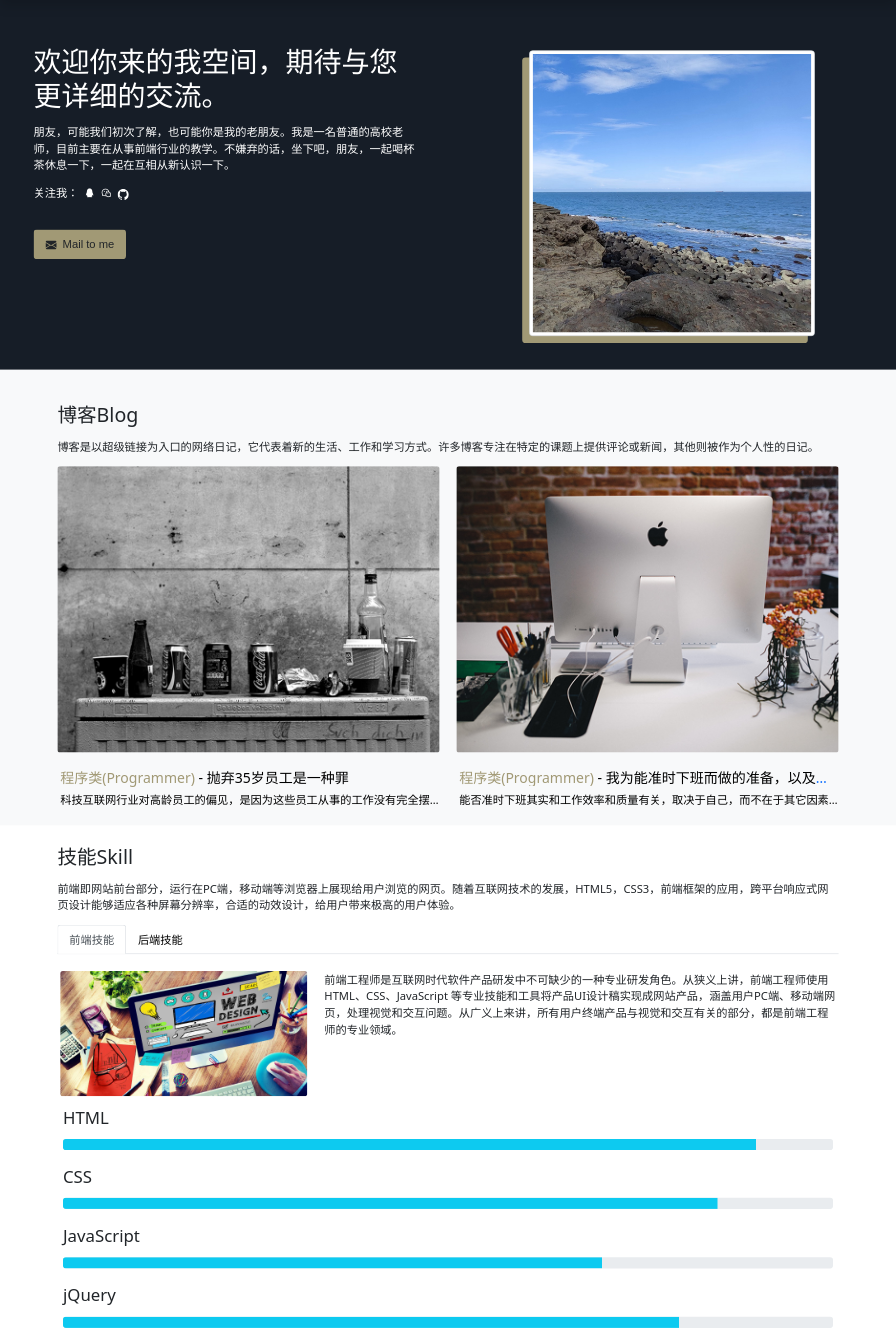
Repository: herjuandlonely/github.io
Page: index.html
The author's editor kept a copy of each file at every save. The page is drawn from the files as they stood at one save, then again after the next save.
The browser window is 1280 px wide. The pictures show the part of the page from y = 0 to 1920 px (the page is 3700 px tall before and 3676 px after), at 70% of full size.

Above is the page before, as saved 2022-06-29 14:46:57.

### index.html
<!DOCTYPE html>
<html lang="en">
<head>
    <meta charset="UTF-8">
    <meta http-equiv="X-UA-Compatible" content="IE=edge">
    <meta name="viewport" content="width=device-width, initial-scale=1.0">
    <link rel="stylesheet" href="./bootstrap-4.6.1-dist/css/bootstrap.min.css">
    <link rel="stylesheet" href="./CSS/index.css">
    <link rel="stylesheet" href="./CSS/normalize.css">
    <link rel="stylesheet" href="./icon/font_3484823_t6q6q64gri/iconfont.css">
    <script src="./bootstrap-4.6.1-dist/js/bootstrap.bundle.min.js"></script>
    <title>Herju的个人网站</title>
</head>
<body class=" bg-light"  data-bs-spy="scroll" data-bs-target=".navbar">
    <!-- nav start -->
    <div class="container-fluid px-0 shadow navbarControl">
        <nav class="navbar navbar-expand-md navbar-dark navbarBg">
            <div class="container-fluid px-4">
                <a class="navbar-brand ms-4" herf="#">
                    Herju's Home
                </a>
                <button class="navbar-toggler" data-bs-toggle="collapse" data-bs-target="#foldBtn">
                    <span class="navbar-toggler-icon"></span>
                </button>
                <div class="collapse navbar-collapse" id="foldBtn">
                    <ul class="navbar-nav ms-auto me-4 navbarCli">
                        <li class="nav-item text-center">
                            <a class="nav-link fw-lighter" href="#bk">博客 Blog</a>
                        </li>
                        <li class="nav-item text-center">
                            <a class="nav-link fw-lighter" href="#jn">技能 Skill</a>
                        </li>
                        <li class="nav-item text-center">
                            <a class="nav-link fw-lighter" href="#ab">关于 About</a>
                        </li>
                        <li class="nav-item text-center">
                            <a class="nav-link fw-lighter" href="#lx">联系我 Call</a>
                        </li>
                    </ul>
                </div>
            </div>
        </nav>
    </div>
    <!-- nav end -->

    <!-- banner start -->
    <div class="container-fluid navbarBg">
        <div class="row">
            <div class="col-12 col-md-6 text-white p-5 pb-0 pb-md-5">
                <h1 style="font-size: 2.5rem;" class="my-3">欢迎你来的我空间，期待与您更详细的交流。</h1>
                <p class=" fw-lighter">朋友，可能我们初次了解，也可能你是我的老朋友。我是一名普通的高校老师，目前主要在从事前端行业的教学。不嫌弃的话，坐下吧，朋友，一起喝杯茶休息一下，一起在互相从新认识一下。</p>
                <ul class=" list list-unstyled d-flex align-items-center">
                    <li class="me-2">关注我：</li>
                    <li class="me-2 position-relative fs-6 banner-icon-qq">
                        <a href="#" class="text-white text-decoration-none">
                            <i class="iconfont icon-QQ"></i>
                        </a>
                        <img src="./image/QQ3.png" class="img-QQ">
                    </li>
                    <li class="me-2 position-relative fs-6 banner-icon-wx">
                        <a href="#" class="text-white text-decoration-none ">
                            <i class="iconfont icon-weixin"></i>
                        </a>
                        <img src="./image/wx2.png" class="img-WX">
                    </li>
                    <li class=" fs-6">
                        <a href="https://github.com/herjuandlonely" class="text-white text-decoration-none" target="_blank">
                            <svg xmlns="http://www.w3.org/2000/svg" width="16" height="16" fill="currentColor" class="bi bi-github" viewBox="0 0 16 16">
                                <path d="M8 0C3.58 0 0 3.58 0 8c0 3.54 2.29 6.53 5.47 7.59.4.07.55-.17.55-.38 0-.19-.01-.82-.01-1.49-2.01.37-2.53-.49-2.69-.94-.09-.23-.48-.94-.82-1.13-.28-.15-.68-.52-.01-.53.63-.01 1.08.58 1.23.82.72 1.21 1.87.87 2.33.66.07-.52.28-.87.51-1.07-1.78-.2-3.64-.89-3.64-3.95 0-.87.31-1.59.82-2.15-.08-.2-.36-1.02.08-2.12 0 0 .67-.21 2.2.82.64-.18 1.32-.27 2-.27.68 0 1.36.09 2 .27 1.53-1.04 2.2-.82 2.2-.82.44 1.1.16 1.92.08 2.12.51.56.82 1.27.82 2.15 0 3.07-1.87 3.75-3.65 3.95.29.25.54.73.54 1.48 0 1.07-.01 1.93-.01 2.2 0 .21.15.46.55.38A8.012 8.012 0 0 0 16 8c0-4.42-3.58-8-8-8z"/>
                            </svg>
                        </a>
                    </li>
                </ul>
                <button class="btn fw-lighter text-dark mt-4 mb-md-5 mb-0 btn-lg fs-6" style="background-color: #a19975;">
                    <svg xmlns="http://www.w3.org/2000/svg" width="16" height="16" fill="currentColor" class="bi bi-envelope-fill me-1" viewBox="0 0 16 16">
                        <path d="M.05 3.555A2 2 0 0 1 2 2h12a2 2 0 0 1 1.95 1.555L8 8.414.05 3.555ZM0 4.697v7.104l5.803-3.558L0 4.697ZM6.761 8.83l-6.57 4.027A2 2 0 0 0 2 14h12a2 2 0 0 0 1.808-1.144l-6.57-4.027L8 9.586l-1.239-.757Zm3.436-.586L16 11.801V4.697l-5.803 3.546Z"/>
                      </svg>
					Mail to me
                </button>
            </div>
            <div class="col-12 col-md-6 p-5 bannerImg d-flex justify-content-center">
                <img src="./image/IMG_20220625_204302.jpg" class=" rounded-3 w-75 img-thumbnail mt-4">
            </div>
        </div>
    </div>
    <!-- banner start -->

    <!-- Blog start -->
    <div class="container pt-5 pb-2">
        <h3 id="bk">博客<span class=" fw-lighter">Blog</span></h3>
        <p class=" fw-lighter mt-3">
            博客是以超级链接为入口的网络日记，它代表着新的生活、工作和学习方式。许多博客专注在特定的课题上提供评论或新闻，其他则被作为个人性的日记。
        </p>
        <div class="row">
            <div class="col-md-6 col-12">
                <a href="https://www.cnblogs.com/zhengyun_ustc/p/35_years_old.html" class=" text-decoration-none blog-text" target="_blank">
                    <img src="./image/piqsels.com-id-fggmp.png" class=" w-100 rounded-2">
                    <h5 class=" mt-4 ms-1">
                        <span style="color: #a19975;">程序类(Programmer)</span><span class=" fw-normal blog-text-title"> - 抛弃35岁员工是一种罪</span>
                    </h5>
                    <p class="mt-2 ms-1 fw-lighter text-truncate">科技互联网行业对高龄员工的偏见，是因为这些员工从事的工作没有完全摆脱劳动密集型的本质。</p>
                </a>
            </div>
            <div class="col-md-6 col-12 mt-4 mt-md-0">
                <a href="https://www.cnblogs.com/JavaArchitect/p/11062713.html" class=" text-decoration-none blog-text" target="_blank">
                    <img src="./image/piqsels.com-id-szhul.png" class=" w-100 rounded-2">
                    <h5 class=" mt-4 ms-1 text-truncate">
                        <span style="color: #a19975;">程序类(Programmer)</span><span class=" fw-normal blog-text-title"> - 我为能准时下班而做的准备，以及由此的收获，同时总结下不足</span>
                    </h5>
                    <p class="mt-2 ms-1 fw-lighter text-truncate">能否准时下班其实和工作效率和质量有关，取决于自己，而不在于其它因素。</p>
                </a>
            </div>
        </div>
    </div>
    <!-- Blog start -->

    <!-- Skill start -->
    <div class="container-fluid bg-white pt-4 pb-5">
        <div class="container mt-1">
            <h3 id="jn">技能<span class=" fw-lighter">Skill</span></h3>
            <p class=" fw-lighter mt-3">
                前端即网站前台部分，运行在PC端，移动端等浏览器上展现给用户浏览的网页。随着互联网技术的发展，HTML5，CSS3，前端框架的应用，跨平台响应式网页设计能够适应各种屏幕分辨率，合适的动效设计，给用户带来极高的用户体验。
            </p>
            <!-- 选项卡 -->
            <nav class="nav nav-tabs navtab-text">
                <a href="#start-skill" class="nav-link active" data-bs-toggle="tab">前端技能</a>
                <a href="#end-skill" class="nav-link" data-bs-toggle="tab">后端技能</a>
            </nav>
            <div class="tab-content mt-4 px-1">
                <div class="tab-pane fade show active" id="start-skill">
                    <div class="row">
                        <div class="col-lg-4 col-12">
                            <img src="./image/src=http___inews.gtimg.com_newsapp_match_0_8574056547_0.jpg&refer=http___inews.gtimg.jpeg" class="w-100 rounded-2">
                        </div>
                        <div class="col-lg-8 col-12 mt-3 mt-lg-0">
                            <p>前端工程师是互联网时代软件产品研发中不可缺少的一种专业研发角色。从狭义上讲，前端工程师使用 HTML、CSS、JavaScript 等专业技能和工具将产品UI设计稿实现成网站产品，涵盖用户PC端、移动端网页，处理视觉和交互问题。从广义上来讲，所有用户终端产品与视觉和交互有关的部分，都是前端工程师的专业领域。</p>
                        </div>
                    </div>
                    <div class="px-1">
                        <h4 class="mt-3">HTML</h4>
                        <div class="progress mt-3">
                            <div class="progress-bar bg-info" style="width: 90%;"></div>
                        </div>
                        <h4 class="mt-4">CSS</h4>
                        <div class="progress mt-3">
                            <div class="progress-bar bg-info" style="width: 85%;"></div>
                        </div>
                        <h4 class="mt-4">JavaScript</h4>
                        <div class="progress mt-3">
                            <div class="progress-bar bg-info" style="width: 70%;"></div>
                        </div>
                        <h4 class="mt-4">jQuery</h4>
                        <div class="progress mt-3">
                            <div class="progress-bar bg-info" style="width: 80%;"></div>
                        </div>
                        <h4 class="mt-4">BootStrap</h4>
                        <div class="progress mt-3">
                            <div class="progress-bar bg-info" style="width: 80%;"></div>
                        </div>
                        <h4 class="mt-4">Vue</h4>
                        <div class="progress mt-3">
                            <div class="progress-bar bg-info" style="width: 60%;"></div>
                        </div>
                    </div>
                </div>
                <div class="tab-pane fade" id="end-skill">
                    <div class="row">
                        <div class="col-lg-4 col-12">
                            <img src="./image/piqsels.com-id-szhul.png" class="w-100 rounded-2">
                        </div>
                        <div class="col-lg-8 col-12 mt-3 mt-lg-0">
                            <p>后端工程师隶属于软件研发工程师，是从事软件开发相关工作人员，其主要职责是平台设计、接口设计和功能实现。后端的工程师只负责提供接口和数据,专注于业务逻辑的实现,前端取到数据后在浏览器中展示,各司其职。在公司内，主要的内容负责后台内容的编写。</p>
                        </div>
                    </div>
                    <div class="px-1">
                        <h4 class="mt-3">Node.JS</h4>
                        <div class="progress mt-3">
                            <div class="progress-bar bg-info" style="width: 80%;"></div>
                        </div>
                    </div>
                </div>
            </div>
        </div>
    </div>
    <!-- Skill end -->

    <!-- 关于我 start -->
    <div class="container-fluid bg-light my-5">
        <div class="container">
            <h3 id="ab">
                关于我<span class=" fw-lighter">About</span>
            </h3>
            <p class=" fw-lighter mt-3">
                个人简历是求职者给招聘单位发的一份简要介绍。包含自己的基本信息：姓名、性别、年龄、民族、籍贯、政治面貌、学历、联系方式，以及自我评价、工作经历、学习经历、荣誉与成就、求职愿望、对这份工作的简要理解等等。以简洁重点为最佳标准。
            </p>
            <div class=" w-100 p-5 bg-white border shadow mt-5 row ms-0">
                <div class="col-md-3 col-12 ">
                    <div class=" text-center">
                        <div class="w-100">
                            <img src="./image/psc.jpg" class=" w-50 rounded-3 shadow" />
                        </div>
                        <div class="badge rounded-pill bg-info">
                            前端工程师
                        </div>
                    </div>
                </div>
                <div class="col-md-9 col-12 mt-3 mt-md-0">
                    <h3 class=" text-center text-md-start">何亚Herju</h3>
                    <hr class=" mt-1 mb-2">
                    <p>
                        何亚，英文名Herju，一般通过转行前端工程师。
                        <br>
                        曾在百度、时趣、乐视等公司担任过高级前端（软件）开发工程师。后在北京一所当地大学任教，主要职务是教学主任。因为本身也是一名IT技术人员，所以非常关注网站制作与最新技术发展。
                        <br>
                        从2009年开始接触前端技术并时常的在一些地方发表一些技术研究文章。文章包含非常广泛，涉及新的一些JavaScript技术、新的CSS样式解析、小游戏开发。
                        <br>
                        精通UI设计、Node.JS、PHP、Python、SQL、前端开发多种技术，曾为百度七巧板框架的研发成员。曾参与数个超大规模数据挖掘技术、构建和运营、长期参与一线项目开发和项目管控，拥有企业级系统开发经验，对HTML5移动端互联网技术及生态体系有深刻理解，并且完成《北京CED互联网人才岗位技能蓝皮书》的前端部分的编写。
                    </p>
                </div>
            </div>
        </div>
    </div>
    <!-- 关于我 end -->

    <!-- 联系我 start -->
    <div class="container-fluid py-5 bg-white">
        <div class="container">
            <h3 id="lx">
                联系我<span class=" fw-lighter">Call</span>
            </h3>
            <p class=" fw-lighter mt-3 mb-5">
                我知道你一定有很多话想跟我说，无论是学习的，还是其他方面的，只要你有问题，就可以发送给我，我会尽可能与你联系。
            </p>
            <div class="row">
                <div class="col-12 col-md-5 order-2 order-md-0 mt-4 mt-md-0">
                    <div class=" d-none d-md-block">
                        <h5>发一封邮件试试</h5>
                        <span class=" fw-lighter">今天第一次刚认识我？没关系，我们已经是朋友了。发个邮件让我知道你来过了。</span>
                    </div>
                    <h5 class="mt-4 mt-md-5">联系方式</h5>
                    <b>Email:</b>
                    <span>1026275854@qq.com</span><br>
                    <b>Phone:</b>
                    <span>13724043160</span><br>
                    <b>QQ:</b>
                    <span>1026275854</span><br>
                    <b>微信:</b>
                    <span>13724043160</span>
                    <h5 class="mt-4">联系地址</h5>
                    <b>Office:</b>
                    <span>广东省湛江市霞山区</span>
                </div>
                <div class="col-md-7 col-12 border shadow">
                    <form>
                        <div class="row p-5">
                            <div class="col-12 d-block d-md-none mb-4">
                                <h5>发一封邮件试试</h5>
                                <span class=" fw-lighter">今天第一次刚认识我？没关系，我们已经是朋友了。发个邮件让我知道你来过了。</span>
                            </div>
                            <div class="col-6">
                                <label class=" form-label fw-lighter" for="firstNameIput">First Name<span class=" text-danger">*</span></label>
                                <input type="text" required class="form-control" id="firstNameIput" placeholder="First Name"/>
                                <label class=" form-label fw-lighter mt-4" for="email">Email:</label>
                                <input type="text" class="form-control" id="email" placeholder="Email"/>
                            </div>
                            <div class="col-6">
                                <label class=" form-label fw-lighter" for="lastNameIput">Last Name<span class=" text-danger">*</span></label>
                                <input type="text" required class="form-control" id="lastNameIput" placeholder="Last Name"/>
                                <label class=" form-label fw-lighter mt-4" for="phoneIput">Phone Number:</label>
                                <input type="text" class="form-control" id="phoneIput" placeholder="Last Name"/>
                            </div>
                            <div class="col-12 mt-4">
                                <label class=" form-label fw-lighter" for="msgIput">Message<span class=" text-danger">*</span></label>
                                <textarea class=" form-control" required id="msgIput"></textarea>
                                <button class="btn btn-dark mt-4 send" type="submit">发送邮件</button>
                            </div>
                        </div>
                    </form>
                </div>
            </div>
        </div>
    </div>
    <div class="alertAll d-none">
        <div class="alertNode d-block d-md-none">
            <div class="alert alert-dark m-0 p-0 alertNodeContent position-absolute translate-middle top-50 start-50 p-md-5 p-3  fade show alert-dismissible pb-md-3 pb-2 w-75">
                <h3 class=" lh-base mb-0">我已收到您宝贵的建议，非常感谢！</h3>
                <hr class=" m-md-3 m-2 mt-3 mt-md-5">
                <div class="row">
                    <div class="col-6 border-end border-secondary good">
                        <div class=" text-center fs-4 my-0">好的</div>
                    </div>
                    <div class="col-6 cancel">
                        <div class=" text-center fs-4 my-0">取消</div>
                    </div>
                </div>
            </div>
        </div>
        <div class="alertNode d-none d-md-block">
            <div class="alert alert-dark m-0 p-0 alertNodeContent position-absolute translate-middle top-50 start-50 p-md-5 p-3  fade show alert-dismissible">
                <button class=" btn-close d-none d-md-block" data-bs-dismiss="alert"></button>
                <h3 class=" lh-base mb-0">我已收到您宝贵的建议，非常感谢！</h3>
            </div>
        </div>
    </div>
    <!-- 联系我 end -->

    <!-- footer start -->
    <div class="container-fluid navbarBg py-5">
        <div class="container">
            <div class="row">
                <div class="col-md-3 col-12 text-center text-md-start">
                    <ul class=" list-unstyled text-light">
                        <li class=" fw-bold">服务器端支持</li>
                        <li class="mt-2 fw-light"><small>Web端支持</small></li>
                        <li class=" fw-light"><small>Phone端支持</small></li>
                    </ul>
                </div>
                <div class="col-md-3 col-12 text-center text-md-start">
                    <ul class=" list-unstyled text-light">
                        <li class=" fw-bold">功能性模块</li>
                        <li class="mt-2 fw-light"><small>博客Blog</small></li>
                        <li class=" fw-light"><small>技能Skill</small></li>
                        <li class=" fw-light"><small>关于About</small></li>
                        <li class=" fw-light"><small>联系我Call</small></li>
                    </ul>
                </div>
                <div class="col-md-3 col-12 text-center text-md-start">
                    <ul class=" list-unstyled text-light">
                        <li class=" fw-bold">技能支持</li>
                        <li class="mt-2 fw-light"><small>Web前端技术</small></li>
                        <li class=" fw-light"><small>PhotoShop</small></li>
                        <li class=" fw-light"><small>BootStrap 5</small></li>
                    </ul>
                </div>
                <div class="col-md-3 col-12 text-center text-md-start">
                    <ul class=" list-unstyled text-light">
                        <li class=" fw-bold">Herju's Home</li>
                        <li class="mt-2 fw-light"><small>何亚耗时5小时完成的个人网站，希望大家喜欢，这是一个非常不错的项目练习。</small></li>
                    </ul>
                </div>
                <div class="col-12 text-center text-light mt-3">
                    <span>此网站由 何亚Herju © 1997-2022 版权所有</span>
                    <br>
                    <span>工业和信息化部备案管理系统网站</span>
                </div>
            </div>

        </div>
    </div>
    <!-- footer end -->

    <script src="./JS/index.js"></script>
</body>
</html>

### CSS/index.css
.navbarBg{
    background-color: #161d27;
}
.img-QQ{
    width: 10rem;
    height: 10rem;
    position: absolute;
    left: -73px;
    top: 25px;
    display: none;
}
.img-WX{
    width: 10rem;
    height: 10rem;
    position: absolute;
    left: -73px;
    top: 25px;
    display: none;
}
.img-QQ.d-show{
    display: block;
}
.img-WX.d-show{
    display: block;
}
.bannerImg img{
    box-shadow: -10px 10px 0px #a19975;
}
.blog-text-title{
    color: black;
}
.blog-text:hover .blog-text-title{
    color: blue;
}
.blog-text p{
    color: #000;
}
.blog-text:hover p{
    color: blue;
}
.navtab-text a{
    color: #000;
}
.alertNode{
    position: fixed;
    top: 0;
    bottom: 0;
    left: 0;
    right: 0;
    background-color: rgba(0, 0, 0, .7);
    z-index: 999;
}
.alertNode .good{
    cursor: pointer;
}
.alertNode .cancel{
    cursor: pointer;
}
.navbarControl{
    transition: .3s;
    position: fixed;
    top: 0;
    left: 0;
    z-index: 999;
}
.navbarControl.showAndHide{
    top: -56px;
}

### icon/font_3484823_t6q6q64gri/iconfont.css
@font-face {
  font-family: "iconfont"; /* Project id 3484823 */
  src: url('iconfont.woff2?t=1656149880118') format('woff2'),
       url('iconfont.woff?t=1656149880118') format('woff'),
       url('iconfont.ttf?t=1656149880118') format('truetype');
}

.iconfont {
  font-family: "iconfont" !important;
  font-size: 16px;
  font-style: normal;
  -webkit-font-smoothing: antialiased;
  -moz-osx-font-smoothing: grayscale;
}

.icon-QQ:before {
  content: "\e882";
}

.icon-weixin:before {
  content: "\e8bb";
}

Loaded but not shown: bootstrap-4.6.1-dist/css/bootstrap.min.css (library); CSS/normalize.css (library); bootstrap-4.6.1-dist/js/bootstrap.bundle.min.js (library); JS/index.js (110 lines, source omitted)

After the next save:
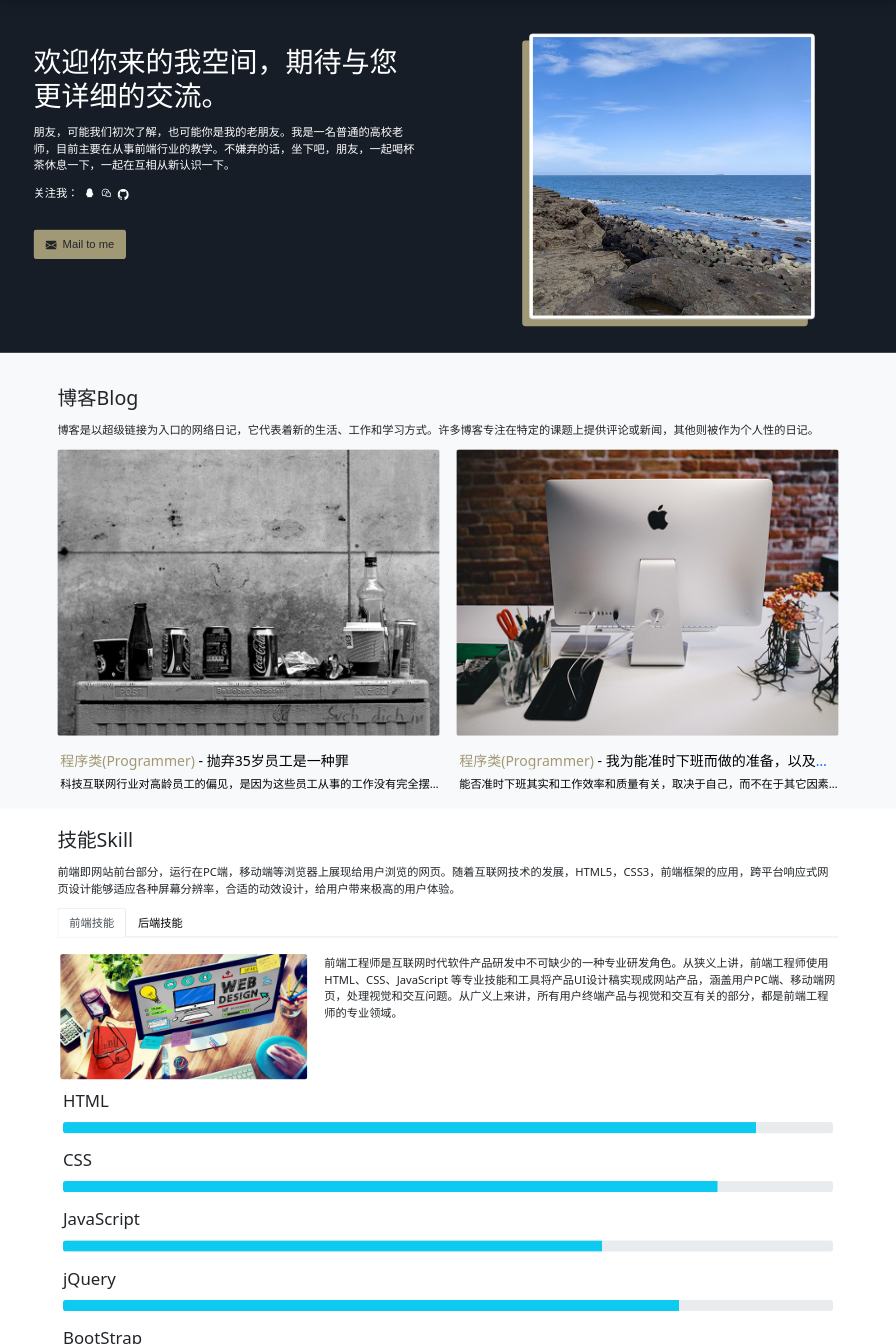
Saved 2 h 29 min later.
--- a/index.html
+++ b/index.html
@@ -79,7 +79,7 @@
                 </button>
             </div>
             <div class="col-12 col-md-6 p-5 bannerImg d-flex justify-content-center">
-                <img src="./image/IMG_20220625_204302.jpg" class=" rounded-3 w-75 img-thumbnail mt-4">
+                <img src="./image/IMG_20220625_204302.jpg" class=" rounded-3 w-75 img-thumbnail mt-4 mt-md-0">
             </div>
         </div>
     </div>
